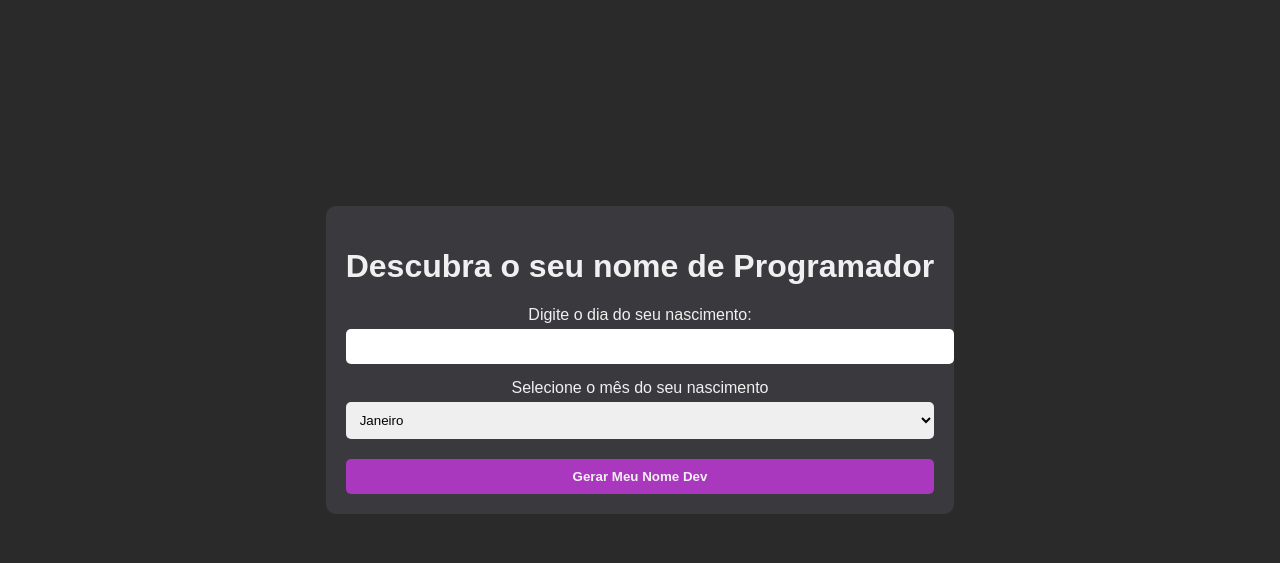
Repository: analessp/seu-nome-dev
Page: index.html
The author's editor kept a copy of each file at every save. The page is drawn from the files as they stood at one save, then again after a run of saves.
The browser window is 1280 px wide. The pictures show the whole page.

Above is the page before, as saved 2025-05-13 10:56:07.

After the next 3 saves:
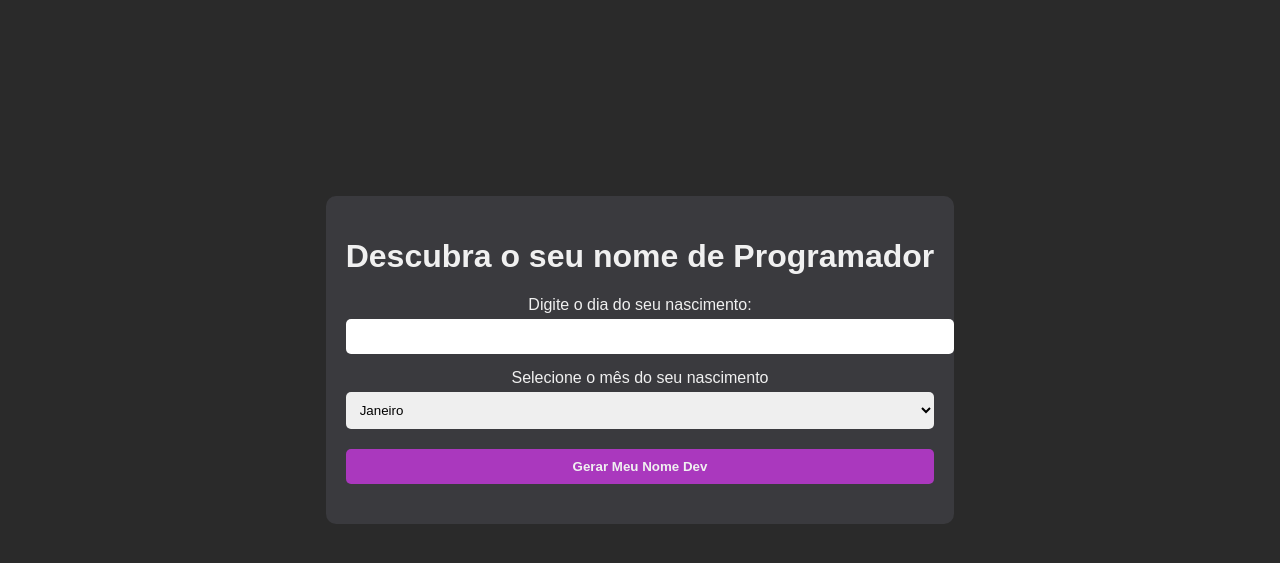
The 3 saves are shown as one change because they came seconds apart.
The last was saved 9 s later.
--- a/styles.css
+++ b/styles.css
@@ -43,5 +43,6 @@ button:hover {
 }
 
 .resultado {
-    margi
+    margin-top: 20px;
+    font-size: ;
 }
